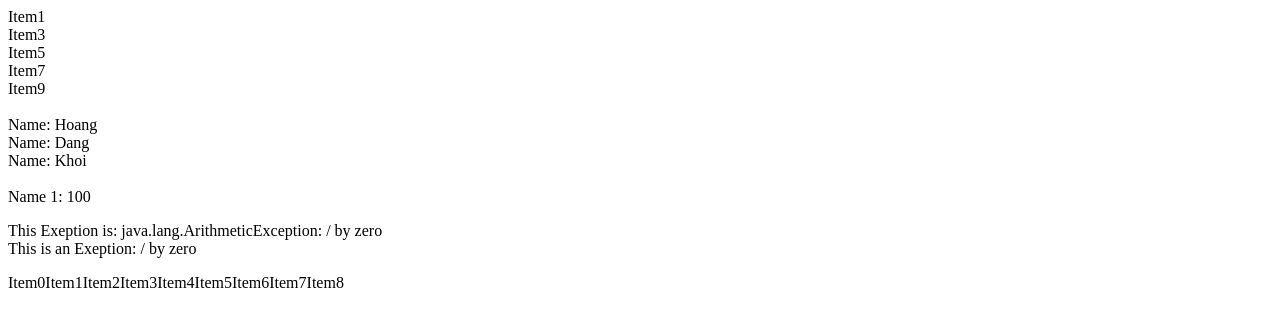
Repository: khoi140499/jsp
Page: http://localhost/JSP_EX2/
These files come from the project's save history. The page is drawn as it stood at one moment and after the next save; the edit follows.
The browser window is 1280 px wide. The pictures show the whole page.
The page is served by Tomcat 9.

Above is the page before, as saved 2020-03-02 14:07:33.

### JSP_EX2/WebContent/index.jsp
<%@page import="com.sun.java_cup.internal.runtime.Scanner"%>
<%@ page language="java" contentType="text/html; charset=utf-8"
    pageEncoding="utf-8"%>
<%@ taglib prefix = "c" uri = "http://java.sun.com/jsp/jstl/core" %>
<!DOCTYPE html PUBLIC "-//W3C//DTD HTML 4.01 Transitional//EN" "http://www.w3.org/TR/html4/loose.dtd">
<html>
<head>
<meta http-equiv="Content-Type" content="text/html; charset=utf-8">
<title>Insert title here</title>
</head>
<body>
	<c:forEach var="i" begin="1" end="10" step="2">
		Item<c:out value="${i}">
		</c:out><br>
	</c:forEach><br>
	<c:forTokens items="Hoang,Dang,Khoi" delims="," var="name">
		Name: <c:out value="${name}"></c:out><br>
	</c:forTokens><br>
	<c:set var="name" scope="session" value="${100}"/>
		Name 1: <c:out value="${name}"/>
	<c:catch var="catchExeption">
			<% int i=5/0; %>
	</c:catch>
	<c:if test="${catchExeption != null}" >
	    	<p> This Exeption is: ${catchExeption}<br>
	    	This is an Exeption: ${catchExeption.message}</p>
	<p>
		<%
			for(int i=0;i<9;i++){
				out.print("Item"+i);
			}
		%>
	</p>
 </c:if>
</body>
</html>

After the next save:
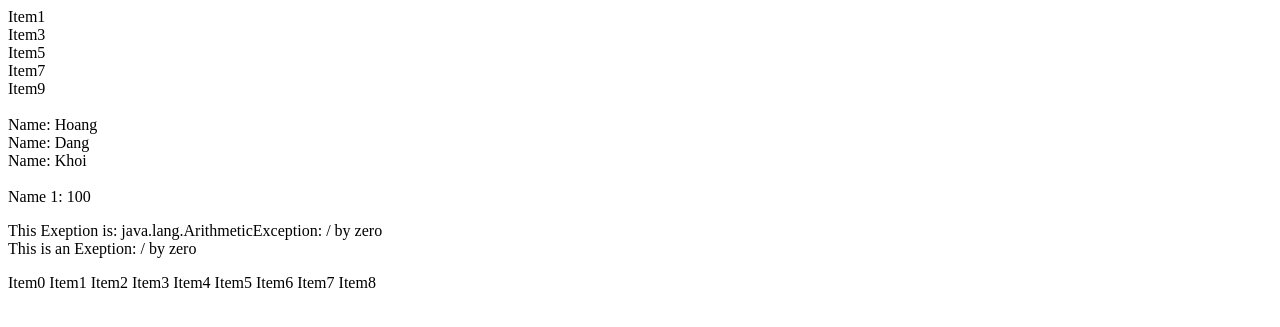
Saved 8 s later.
--- a/JSP_EX2/WebContent/index.jsp
+++ b/JSP_EX2/WebContent/index.jsp
@@ -27,7 +27,7 @@
 	<p>
 		<%
 			for(int i=0;i<9;i++){
-				out.print("Item"+i);
+				out.println("Item"+i);
 			}
 		%>
 	</p>
